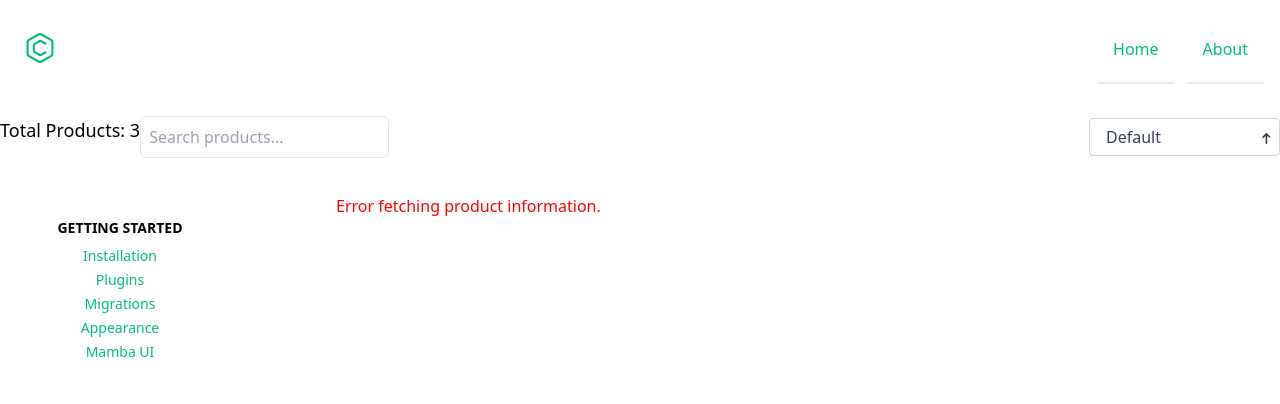
Repository: loktioncode/vectra-shop
Page: /
An editor plug-in stored every save of this project. The page is shown before and after a run of saves, followed by the edit.
The browser window is 1280 px wide. The pictures show the whole page.
The page's requests for data from a server got no answer. The project was rebuilt for these pictures with package versions that can differ from the ones it lists, and the page was loaded fresh each time. No one was signed in, and anything a server would have sent is missing. Also part of the build but not shown: vite.config.ts, src/components/ProductCard.vue. Imported but missing from the stored project, and not drawn on this page: src/components/Counter.vue.

Above is the page before, as saved 2023-09-20 16:37:59.

### src/assets/main.css
@tailwind base;
@tailwind components;
@tailwind utilities;

@import './base.css';

a,
.green {
  text-decoration: none;
  color: hsla(160, 100%, 37%, 1);
  transition: 0.4s;
}

@media (hover: hover) {
  a:hover {
    background-color: hsla(160, 100%, 37%, 0.2);
  }
}

### src/App.vue
<!-- <script setup lang="ts">
import { RouterLink, RouterView } from 'vue-router'
import HelloWorld from './components/HelloWorld.vue'
</script> -->

<template>
  <div class="app">

    <header class="p-4 dark:bg-gray-800 dark:text-gray-100">
      <div class="container flex justify-between h-16 mx-auto">
        <a rel="noopener noreferrer" href="#" aria-label="Back to homepage" class="flex items-center p-2">
          <svg xmlns="http://www.w3.org/2000/svg" fill="currentColor" viewBox="0 0 32 32"
            class="w-8 h-8 dark:text-violet-400">
            <path
              d="M27.912 7.289l-10.324-5.961c-0.455-0.268-1.002-0.425-1.588-0.425s-1.133 0.158-1.604 0.433l0.015-0.008-10.324 5.961c-0.955 0.561-1.586 1.582-1.588 2.75v11.922c0.002 1.168 0.635 2.189 1.574 2.742l0.016 0.008 10.322 5.961c0.455 0.267 1.004 0.425 1.59 0.425 0.584 0 1.131-0.158 1.602-0.433l-0.014 0.008 10.322-5.961c0.955-0.561 1.586-1.582 1.588-2.75v-11.922c-0.002-1.168-0.633-2.189-1.573-2.742zM27.383 21.961c0 0.389-0.211 0.73-0.526 0.914l-0.004 0.002-10.324 5.961c-0.152 0.088-0.334 0.142-0.53 0.142s-0.377-0.053-0.535-0.145l0.005 0.002-10.324-5.961c-0.319-0.186-0.529-0.527-0.529-0.916v-11.922c0-0.389 0.211-0.73 0.526-0.914l0.004-0.002 10.324-5.961c0.152-0.090 0.334-0.143 0.53-0.143s0.377 0.053 0.535 0.144l-0.006-0.002 10.324 5.961c0.319 0.185 0.529 0.527 0.529 0.916z">
            </path>
            <path
              d="M22.094 19.451h-0.758c-0.188 0-0.363 0.049-0.515 0.135l0.006-0.004-4.574 2.512-5.282-3.049v-6.082l5.282-3.051 4.576 2.504c0.146 0.082 0.323 0.131 0.508 0.131h0.758c0.293 0 0.529-0.239 0.529-0.531v-0.716c0-0.2-0.11-0.373-0.271-0.463l-0.004-0.002-5.078-2.777c-0.293-0.164-0.645-0.26-1.015-0.26-0.39 0-0.756 0.106-1.070 0.289l0.010-0.006-5.281 3.049c-0.636 0.375-1.056 1.055-1.059 1.834v6.082c0 0.779 0.422 1.461 1.049 1.828l0.009 0.006 5.281 3.049c0.305 0.178 0.67 0.284 1.061 0.284 0.373 0 0.723-0.098 1.027-0.265l-0.012 0.006 5.080-2.787c0.166-0.091 0.276-0.265 0.276-0.465v-0.716c0-0.293-0.238-0.529-0.529-0.529z">
            </path>
          </svg>
        </a>
        <ul class="items-stretch hidden space-x-3 md:flex">
          <RouterLink to="/" class="flex items-center px-4 -mb-1 border-b-2 dark:border-transparent">Home</RouterLink>
          <RouterLink to="/about" class="flex items-center px-4 -mb-1 border-b-2 dark:border-transparent">About
          </RouterLink>
        </ul>
        <button class="flex justify-end p-4 md:hidden">
          <svg xmlns="http://www.w3.org/2000/svg" fill="none" viewBox="0 0 24 24" stroke="currentColor" class="w-6 h-6">
            <path stroke-linecap="round" stroke-linejoin="round" stroke-width="2" d="M4 6h16M4 12h16M4 18h16"></path>
          </svg>
        </button>
      </div>
    </header>

    <RouterView />

  </div>
</template>

<style >
.app {
  text-align: center;
}
</style>

### src/views/HomeView.vue



<template>
  <Filters />

  <div class="flex">
    <!-- Left Sidebar for Filters -->
    <div class="w-1/4 pt-4">
      <aside class="w-full p-6 sm:w-60 dark:bg-gray-900 dark:text-gray-100">
        <nav class="space-y-10 text-sm">
          <div class="space-y-2">
            <h2 class="text-sm font-semibold tracki uppercase dark:text-gray-400">Getting Started</h2>
            <div class="flex flex-col space-y-1">
              <a rel="noopener noreferrer" href="#">Installation</a>
              <a rel="noopener noreferrer" href="#">Plugins</a>
              <a rel="noopener noreferrer" href="#">Migrations</a>
              <a rel="noopener noreferrer" href="#">Appearance</a>
              <a rel="noopener noreferrer" href="#">Mamba UI</a>
            </div>
          </div>

        </nav>
      </aside>
    </div>

    <!-- Right Side for Product Information -->
    <div class="w-4/4 p-4">
      <Products />
    </div>
  </div>
</template>



<script setup lang="ts">
import Products from '@/components/Products.vue'
import Filters from '@/components/Filters.vue'

</script>

<style>
@media (min-width: 1024px) {
  .home {
    min-height: 100vh;
    align-items: center;
  }



}
</style>

### src/components/Products.vue
<template>
  <div class="flex">
    <div v-if="productStore.loading">Loading...</div>
    <div v-else>
      <div v-if="productStore.error" class="error-message">{{ productStore.error }}</div>
      <div class="px-10">
        <div class="grid grid-cols-4 gap-4">
          <ProductCard v-for="product in productStore.products" :key="product.id" :product="product" />
        </div>
      </div>
    </div>
  </div>
</template>

<script setup lang="ts">
import { onMounted } from 'vue';
import { useProductStore } from '@/stores/productStore';
import ProductCard from '@/components/ProductCard.vue';

const productStore = useProductStore();

async function fetchProductInfo() {
  const apiUrl = 'https://fakestoreapi.com/products'; // Replace with your actual API endpoint
  await productStore.fetchProductInfo(apiUrl);
}

onMounted(() => fetchProductInfo());
</script>

<style scoped>
.error-message {
  color: red;
}
</style>

### src/components/Filters.vue
<template>
    <div class="flex flex-row items-center space-y-2 md:space-y-0 md:space-x-2 w-full py-5">
        <div class="flex justify-start w-6/12">
            <!-- Product Count Display -->
            <div class="text-lg ">
                Total Products: {{ filteredProducts.length }}
            </div>

            <!-- Search Form -->
            <div class="flex items-center  w-6/12 ">
                <label for="search" class="sr-only">Search</label>
                <input v-model="searchTerm" id="search" type="text" placeholder="Search products..."
                    class="w-full md:w-auto border p-2 rounded-md focus:outline-none focus:ring focus:border-blue-300" />
                <button @click="clearSearch" v-if="searchTerm" class="text-red-500 hover:text-red-700 focus:outline-none">
                    Clear
                </button>
            </div>
        </div>

        <div class="flex justify-end w-6/12">
            <!-- Sort Dropdown -->
            <div class="relative inline-block text-gray-700">
                <select v-model="selectedSortOption"
                    class="block appearance-none w-full md:w-auto bg-white border border-gray-300 hover:border-gray-400 px-4 py-2 pr-8 rounded leading-tight focus:outline-none focus:ring">
                    <option value="default">Default</option>
                    <option value="price-asc">Price (Low to High)</option>
                    <option value="price-desc">Price (High to Low)</option>
                    <!-- Add more sorting options as needed -->
                </select>
                <div class="pointer-events-none absolute inset-y-0 right-0 flex items-center px-2 text-gray-700">
                    <svg class="fill-current h-4 w-4" xmlns="http://www.w3.org/2000/svg" viewBox="0 0 20 20">
                        <path
                            d="M8.293 11.293a1 1 0 001.414 0L12 8.414V18a1 1 0 102 0V8.414l2.293 2.293a1 1 0 101.414-1.414l-4-4a1 1 0 00-1.414 0l-4 4a1 1 0 000 1.414z" />
                    </svg>
                </div>
            </div>
        </div>

    </div>
</template>



<script setup lang="ts">
import { ref, computed } from 'vue';

// Sample product data (replace with your actual data)
const products = [
    { id: 1, name: 'Product 1', price: 20.0 },
    { id: 2, name: 'Product 2', price: 30.0 },
    { id: 3, name: 'Product 3', price: 15.0 },
    // Add more products as needed
];

const searchTerm = ref('');
const selectedSortOption = ref('default');

const clearSearch = () => {
    searchTerm.value = '';
};

const filteredProducts = computed(() => {
    let result = [...products];

    if (searchTerm.value) {
        result = result.filter(product =>
            product.name.toLowerCase().includes(searchTerm.value.toLowerCase())
        );
    }

    if (selectedSortOption.value === 'price-asc') {
        result.sort((a, b) => a.price - b.price);
    } else if (selectedSortOption.value === 'price-desc') {
        result.sort((a, b) => b.price - a.price);
    }

    return result;
});
</script>

### src/stores/productStore.ts
import { defineStore } from 'pinia';

interface Product {
    id: string;
    title: string;
    description: string;
    price: number;
}

export const useProductStore = defineStore({
    id: 'products',
    state: () => ({
        products: [] as Product[],
        loading: false,
        error: null as string | null,
    }),
    actions: {
        async fetchProductInfo(apiUrl: string) {
            try {
                this.loading = true;
                const response = await fetch(apiUrl);

                if (!response.ok) {
                    throw new Error('Network response was not ok');
                }

                this.products = await response.json();
                this.error = null;
            } catch (error) {
                this.error = 'Error fetching product information.';
                console.error(error);
            } finally {
                this.loading = false;
            }
        },
    },
    getters: {


    }
})

### tailwind.config.js
/** @type {import('tailwindcss').Config} */
module.exports = {
  content: [
    "./index.html",
    "./src/**/*.{vue,js,jsx,ts,tsx}",
  ],
  theme: {
    extend: {},
  },
  plugins: [],
}

Loaded but not shown: index.html (common file); src/main.ts (common file); src/router/index.ts (common file)

After the next 2 saves:
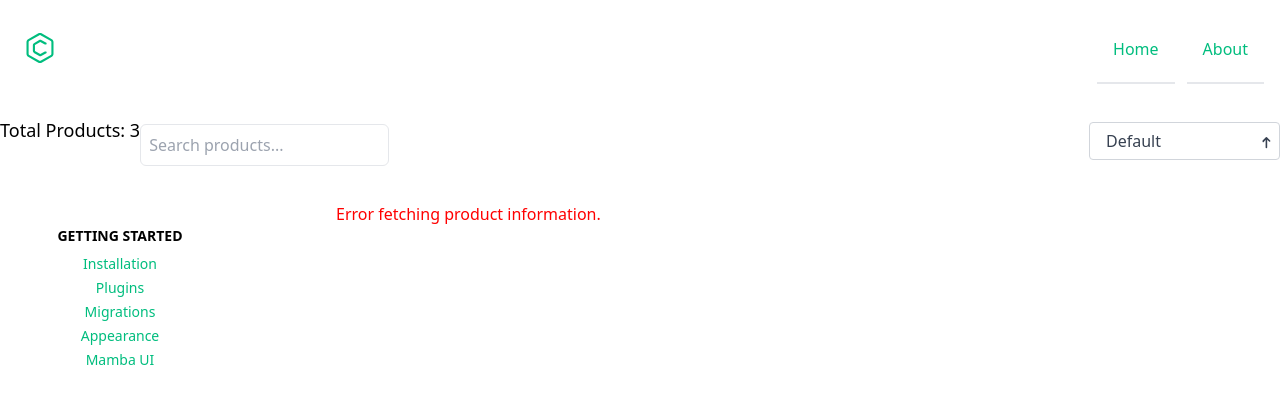
The 2 saves are shown as one change because 1 did not build or start.
The last was saved 40 s later.
--- a/src/components/Filters.vue
+++ b/src/components/Filters.vue
@@ -1,6 +1,6 @@
 <template>
     <div class="flex flex-row items-center space-y-2 md:space-y-0 md:space-x-2 w-full py-5">
-        <div class="flex justify-start w-6/12">
+        <div class="flex justify-start w-6/12 space-y-2">
             <!-- Product Count Display -->
             <div class="text-lg ">
                 Total Products: {{ filteredProducts.length }}

After the save that followed:
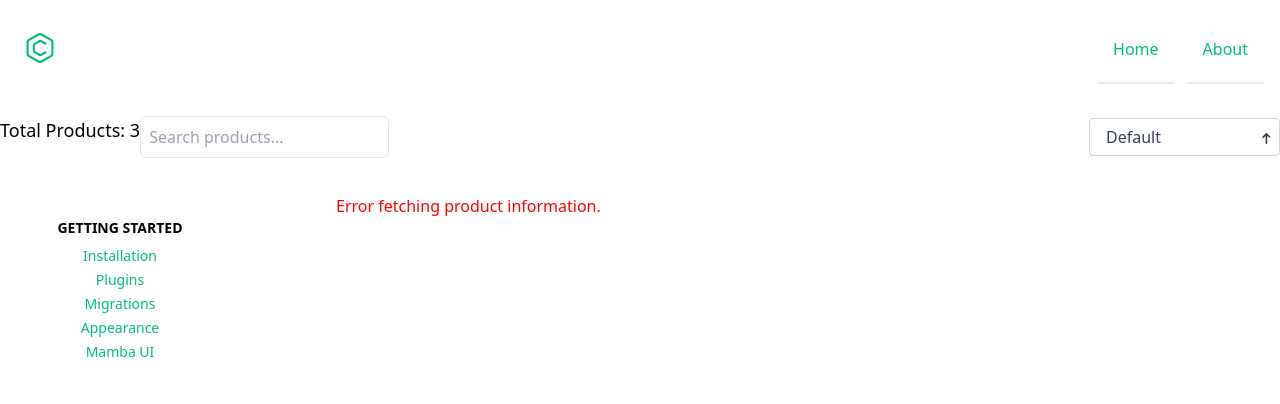
Saved 5 s later.
--- a/src/components/Filters.vue
+++ b/src/components/Filters.vue
@@ -1,6 +1,6 @@
 <template>
     <div class="flex flex-row items-center space-y-2 md:space-y-0 md:space-x-2 w-full py-5">
-        <div class="flex justify-start w-6/12 space-y-2">
+        <div class="flex justify-start w-6/12 ">
             <!-- Product Count Display -->
             <div class="text-lg ">
                 Total Products: {{ filteredProducts.length }}
